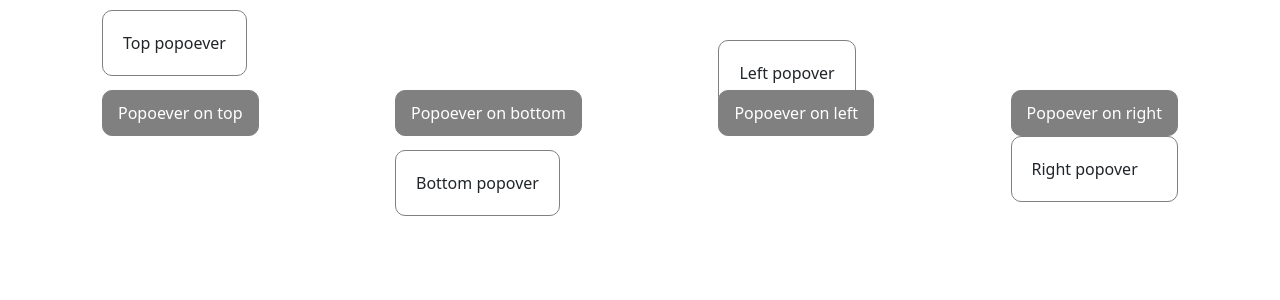
Repository: 1509Long/1509long.github.io
Page: exam.html
These files come from the project's save history. The page is drawn as it stood at one moment and after the next save; the edit follows.
The browser window is 1280 px wide. The pictures show the whole page.

Above is the page before, as saved 2022-05-24 20:45:05.

After the next save:
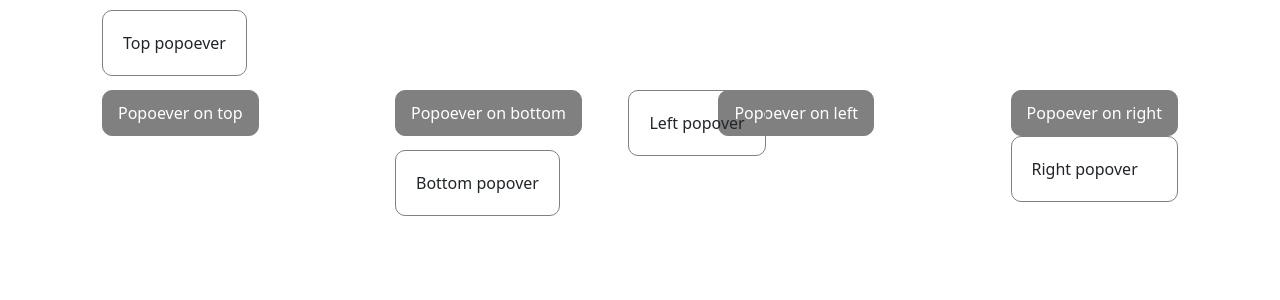
Saved 11 s later.
--- a/exam.html
+++ b/exam.html
@@ -59,8 +59,8 @@
 
       .toggle-left {
         position: absolute;
-        top: -50px;
-        left: 0;
+        top: 0;
+        left: -90px;
       }
 
       .box1 , .box2 , .box3 , .box4 {
